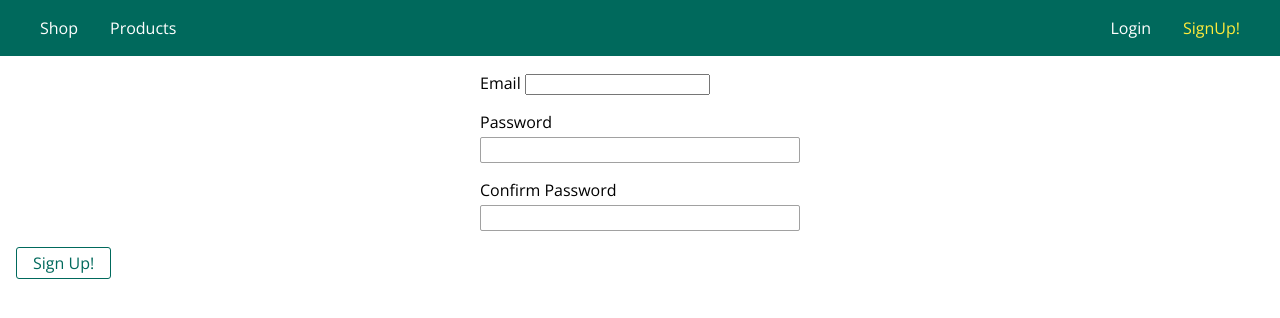
Repository: petref/RASPCODES
Page: http://localhost/signup
An editor plug-in stored every save of this project. The page is shown before and after the next save, followed by the edit.
The browser window is 1280 px wide. The pictures show the whole page.
The page is served by the project's Node server (app.js). Other server files are loaded and not shown.

Above is the page before, as saved 2020-01-15 01:34:31.

### shopNode/views/auth/signup.ejs
<%- include('../includes/head.ejs') %>
    <link rel="stylesheet" href="/css/forms.css">
    <link rel="stylesheet" href="/css/auth.css">

    </head>

    <body>
        <%- include('../includes/navigation.ejs') %>
            <main>
                <form class="login-form" action='/login' method='post'>
                    <div сlass="form-control">
                        <label for='email'>Email</label>
                        <input type='email' name='email' id='email'>
                    </div>
                    <div class="form-control">
                        <label for="password">Password</label>
                        <input type="password" name="password" id="password">
                    </div>
                    <div class="form-control">
                        <label for="confirmpassword">Confirm Password</label>
                        <input type="password" name="confirmpassword" id="confirmpassword">
                    </div>


                </form>
                <btn class="btn" type="submit">Sign Up!</btn>
            </main>



    </body>

### shopNode/views/includes/navigation.ejs
<div class="backdrop"></div>
<header class="main-header">
    <button id="side-menu-toggle">Menu</button>
    <nav class="main-header__nav">
        <ul class="main-header__item-list">
            <li class="main-header__item">
                <a class="<%= path === '/' ? 'active' : '' %>" href="/">Shop</a>
            </li>
            <li class="main-header__item">
                <a class="<%= path === '/products' ? 'active' : '' %>" href="/products">Products</a>
            </li>
            <% if (isAuthenticated) { %>
                <li class="main-header__item">
                    <a class="<%= path === '/cart' ? 'active' : '' %>" href="/cart">Cart</a>
                </li>
                <li class="main-header__item">
                    <a class="<%= path === '/orders' ? 'active' : '' %>" href="/orders">Orders</a>
                </li>
                <li class="main-header__item">
                    <a class="<%= path === '/admin/add-product' ? 'active' : '' %>" href="/admin/add-product">Add Product
                    </a>
                </li>
                <li class="main-header__item">
                    <a class="<%= path === '/admin/products' ? 'active' : '' %>" href="/admin/products">Admin Products
                    </a>
                </li>
                <% } %>
        </ul>
        <ul class="main-header__item-list">
            <% if (!isAuthenticated) { %>
                <li class="main-header__item">
                    <a class="<%= path === '/login' ? 'active' : '' %>" href="/login">Login</a>
                </li>
                <li class="main-header__item">
                    <a class="<%= path === '/signup' ? 'active' : '' %>" href="/signup">SignUp!</a>
                </li>
                <% } else { %>
                    <li class="main-header__item">
                        <form action="/logout" method="post">
                            <button type="submit">Logout</button>
                        </form>
                    </li>
                    <% } %>
        </ul>
    </nav>
</header>

<nav class="mobile-nav">
    <ul class="mobile-nav__item-list">
        <li class="mobile-nav__item">
            <a class="<%= path === '/' ? 'active' : '' %>" href="/">Shop</a>
        </li>
        <li class="mobile-nav__item">
            <a class="<%= path === '/products' ? 'active' : '' %>" href="/products">Products</a>
        </li>
        <% if(isAuthenticated) { %>
            <li class="mobile-nav__item">
                <a class="<%= path === '/cart' ? 'active' : '' %>" href="/cart">Cart</a>
            </li>
            <li class="mobile-nav__item">
                <a class="<%= path === '/orders' ? 'active' : '' %>" href="/orders">Orders</a>
            </li>
            <li class="mobile-nav__item">
                <a class="<%= path === '/admin/add-product' ? 'active' : '' %>" href="/admin/add-product">Add Product
            </a>
            </li>
            <li class="mobile-nav__item">
                <a class="<%= path === '/admin/products' ? 'active' : '' %>" href="/admin/products">Admin Products
            </a>
            </li>
            <% } %>
    </ul>
</nav>

### shopNode/app.js
const path = require('path');
const mongoose = require('mongoose');
const session = require('express-session');
const mongoDBStore = require('connect-mongodb-session')(session);

const express = require('express');
const bodyParser = require('body-parser');

const errorController = require('./controllers/error');
const User = require('./models/user')

const MONGODB_URI = 'mongodb+srv://petroupb:Transport%40poli2019@cluster0-zo0ok.mongodb.net/test';

const app = express();
const store = new mongoDBStore({
    uri: MONGODB_URI,
    collection: 'sessions'
});

app.set('view engine', 'ejs');
app.set('views', 'views');

const adminRoutes = require('./routes/admin');
const shopRoutes = require('./routes/shop');
const authRoutes = require('./routes/auth')


// TEST THE SQL CONNECTION POOLS
//  db.execute('SELECT * FROM products')
//     .then((result) => {
//         console.log(result[0])
//     })
//     .catch((err) => {
//         console.log(err);
//     });

app.use(bodyParser.urlencoded({ extended: false }));
app.use(express.static(path.join(__dirname, 'public')));
app.use(
    session({
        secret: 'mySession Secret',
        resave: false,
        saveUninitialized: false,
        store: store
    }))

app.use((req, res, next) => {
    if (!req.session.user) {
        return next()
    }
    User.findById(req.session.user._id)
        .then(user => {
            req.user = user;
            next();
        })
        .catch(err => {
            console.log(err)
        })
})



app.use('/admin', adminRoutes);
app.use(shopRoutes);
app.use(authRoutes);

app.use(errorController.get404);

// mongoConnect(() => {
//     app.listen(3000)
// })

mongoose.connect(MONGODB_URI, { useNewUrlParser: true })
    .then(result => {
        User.findOne().then(user => {
            if (!user) {
                const user = new User({
                    name: 'Max',
                    email: "max@max.com",
                    cart: {
                        items: []
                    }
                });
            }
            user.save();
        })
        app.listen(3000);
    })
    .catch(err => { console.log(err) });

### shopNode/controllers/auth.js
const User = require('../models/user');

exports.getLogin = (req, res, next) => {
    res.render('auth/login', {
        path: 'login',
        pageTitle: 'Login',
        isAuthenticated: false
    })
}

exports.getSignup = ((req, res, next) => {
    res.render('auth/signup', {
        path: '/signup',
        pageTitle: 'SignUp',
        isAuthenticated: false
    })
})

exports.postLogin = (req, res, next) => {
    User.findById('5e191cec9a261b48ec442cd7')
        .then(user => {
            req.session.isLoggedIn = true;
            req.session.user = user;
            req.session.save((err) => {
                console.log(err)
                res.redirect('/');
            });
        })
        .catch(err => { console.log(err) })
}

exports.postSignup = ((req, res, next) => {

})


exports.postLogout = (req, res, next) => {
    req.session.destroy((err) => {
        console.log(err)
        res.redirect('/')
    })
}

### shopNode/public/css/main.css
@import url('https://fonts.googleapis.com/css?family=Open+Sans:400,700');
* {
    box-sizing: border-box;
}

body {
    padding: 0;
    margin: 0;
    font-family: 'Open Sans', sans-serif;
}

main {
    padding: 1rem;
    margin: auto;
}

form {
    display: inline;
}

.centered {
    text-align: center;
}

.image {
    height: 20rem;
}

.image img {
    height: 100%;
}

.main-header {
    width: 100%;
    height: 3.5rem;
    background-color: #00695c;
    padding: 0 1.5rem;
    display: flex;
    align-items: center;
}

.main-header__nav {
    height: 100%;
    width: 100%;
    display: flex;
    align-items: center;
    justify-content: space-between;
}

.main-header__item-list {
    list-style: none;
    margin: 0;
    padding: 0;
    display: flex;
}

.main-header__item {
    margin: 0 1rem;
    padding: 0;
}

.main-header__item a,
.main-header__item button {
    font: inherit;
    background: transparent;
    border: none;
    text-decoration: none;
    color: white;
    cursor: pointer;
}

.main-header__item a:hover,
.main-header__item a:active,
.main-header__item a.active,
.main-header__item button:hover,
.main-header__item button:active {
    color: #ffeb3b;
}

.mobile-nav {
    width: 30rem;
    height: 100vh;
    max-width: 90%;
    position: fixed;
    left: 0;
    top: 0;
    background: white;
    z-index: 10;
    padding: 2rem 1rem 1rem 2rem;
    transform: translateX(-100%);
    transition: transform 0.3s ease-out;
}

.mobile-nav.open {
    transform: translateX(0);
}

.mobile-nav__item-list {
    list-style: none;
    display: flex;
    flex-direction: column;
    margin: 0;
    padding: 0;
}

.mobile-nav__item {
    margin: 1rem;
    padding: 0;
}

.mobile-nav__item a {
    text-decoration: none;
    color: black;
    font-size: 1.5rem;
    padding: 0.5rem 2rem;
}

.mobile-nav__item a:active,
.mobile-nav__item a:hover,
.mobile-nav__item a.active {
    background: #00695c;
    color: white;
    border-radius: 3px;
}

#side-menu-toggle {
    border: 1px solid white;
    font: inherit;
    padding: 0.5rem;
    display: block;
    background: transparent;
    color: white;
    cursor: pointer;
}

#side-menu-toggle:focus {
    outline: none;
}

#side-menu-toggle:active,
#side-menu-toggle:hover {
    color: #ffeb3b;
    border-color: #ffeb3b;
}

.backdrop {
    position: fixed;
    top: 0;
    left: 0;
    width: 100%;
    height: 100vh;
    background: rgba(0, 0, 0, 0.5);
    z-index: 5;
    display: none;
}

.grid {
    display: flex;
    flex-wrap: wrap;
    justify-content: space-around;
    align-items: stretch;
}

.card {
    box-shadow: 0 2px 8px rgba(0, 0, 0, 0.26);
}

.card__header,
.card__content {
    padding: 1rem;
}

.card__header h1,
.card__content h1,
.card__content h2,
.card__content p {
    margin: 0;
}

.card__image {
    width: 100%;
}

.card__image img {
    width: 100%;
}

.card__actions {
    padding: 1rem;
    text-align: center;
}

.card__actions button,
.card__actions a {
    margin: 0 0.25rem;
}

.btn {
    display: inline-block;
    padding: 0.25rem 1rem;
    text-decoration: none;
    font: inherit;
    border: 1px solid #00695c;
    color: #00695c;
    background: white;
    border-radius: 3px;
    cursor: pointer;
}

.btn:hover,
.btn:active {
    background-color: #00695c;
    color: white;
}

.btn.danger {
    color: red;
    border-color: red;
}

.btn.danger:hover,
.btn.danger:active {
    background: red;
    color: white;
}

@media (min-width: 768px) {
    .main-header__nav {
        display: flex;
    }
    #side-menu-toggle {
        display: none;
    }
}

Loaded but not shown: shopNode/views/includes/head.ejs (common file); shopNode/public/css/forms.css (common file); shopNode/public/css/auth.css (common file)

After the next save:
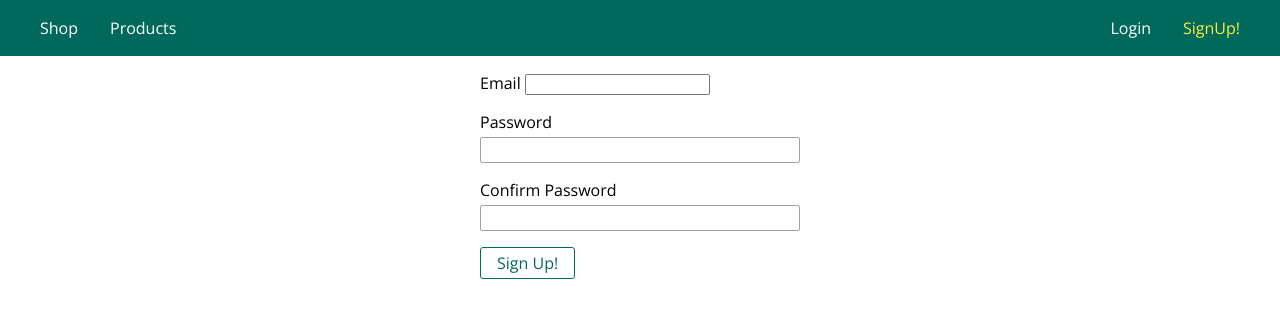
Saved 90 s later.
--- a/shopNode/views/auth/signup.ejs
+++ b/shopNode/views/auth/signup.ejs
@@ -20,10 +20,9 @@
                         <label for="confirmpassword">Confirm Password</label>
                         <input type="password" name="confirmpassword" id="confirmpassword">
                     </div>
+                    <btn class="btn" type="submit">Sign Up!</btn>
+                </form>
 
-
-                </form>
-                <btn class="btn" type="submit">Sign Up!</btn>
             </main>
 
 
